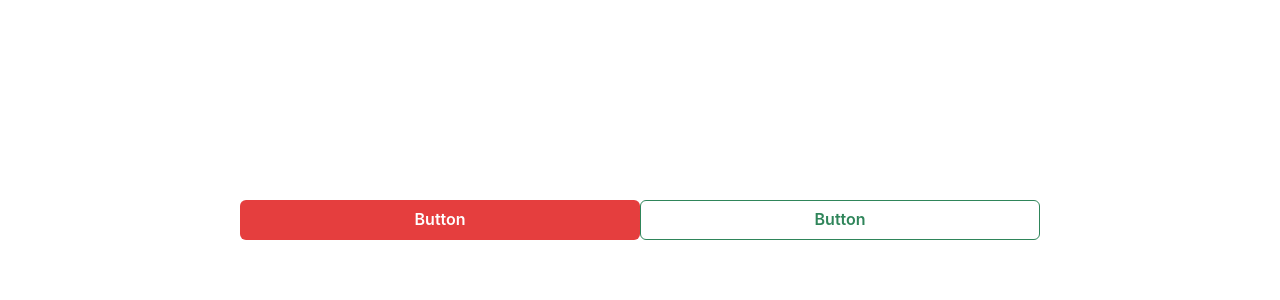
Repository: soualexandre/toast-reactjs
Page: /
These files come from the project's save history. The page is drawn as it stood at one moment and after the next save; the edit follows.
The browser window is 1280 px wide. The pictures show the whole page.
The project was rebuilt for these pictures with package versions that can differ from the ones it lists, and the page was loaded fresh each time.

Above is the page before, as saved 2021-07-02 15:06:12.

### src/App.js
import { ToastContainer, toast } from 'react-toastify';
import 'react-toastify/dist/ReactToastify.css';
import { ChakraProvider, Button, Center } from "@chakra-ui/react"

function App() {

  const notify = () => toast(
    "Wow so easy!", {
    type: 'error',
    position: "bottom-left",
    autoClose: 10000,
    hideProgressBar: false,
    closeOnClick: true,
    pauseOnHover: true,
    draggable: true,
    progress: undefined,
  }
  );

  const notifySuccess = () => toast(
    "Wow so easy!", {
    type: 'success',
    position: "bottom-left",
    autoClose: 10000,
    hideProgressBar: false,
    closeOnClick: true,
    pauseOnHover: true,
    draggable: true,
    progress: undefined,
  }
  );
  return (
    <div>
      <ChakraProvider>
        <ToastContainer />
        <Center mt={200}>
          <Button
            colorScheme="teal"
            colorScheme="red"
            onClick={notify}
            width="400px">
            Button
          </Button>
          <Button
            colorScheme="teal"
            variant="outline"
            colorScheme="green"

            onClick={notifySuccess}
            width="400px">
            Button
          </Button>
        </Center>
      </ChakraProvider>
    </div>
  );
}

export default App;

Loaded but not shown: public/index.html (common file); src/index.js (common file)

After the next save:
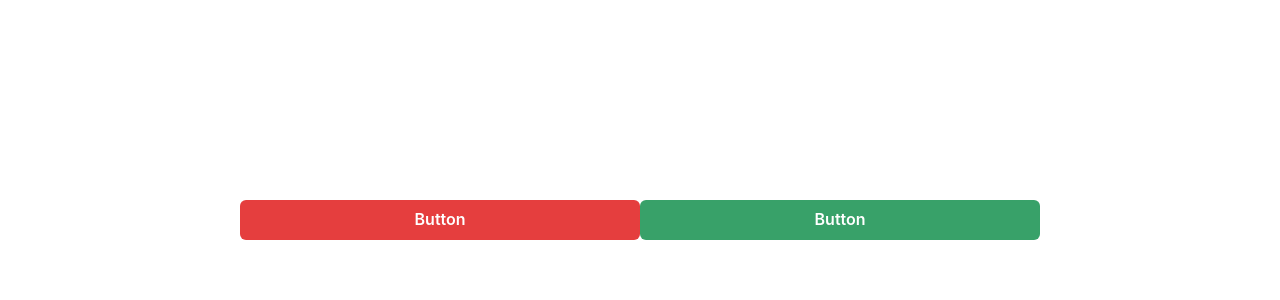
Saved 6 s later.
--- a/src/App.js
+++ b/src/App.js
@@ -43,7 +43,6 @@ function App() {
           </Button>
           <Button
             colorScheme="teal"
-            variant="outline"
             colorScheme="green"
 
             onClick={notifySuccess}
